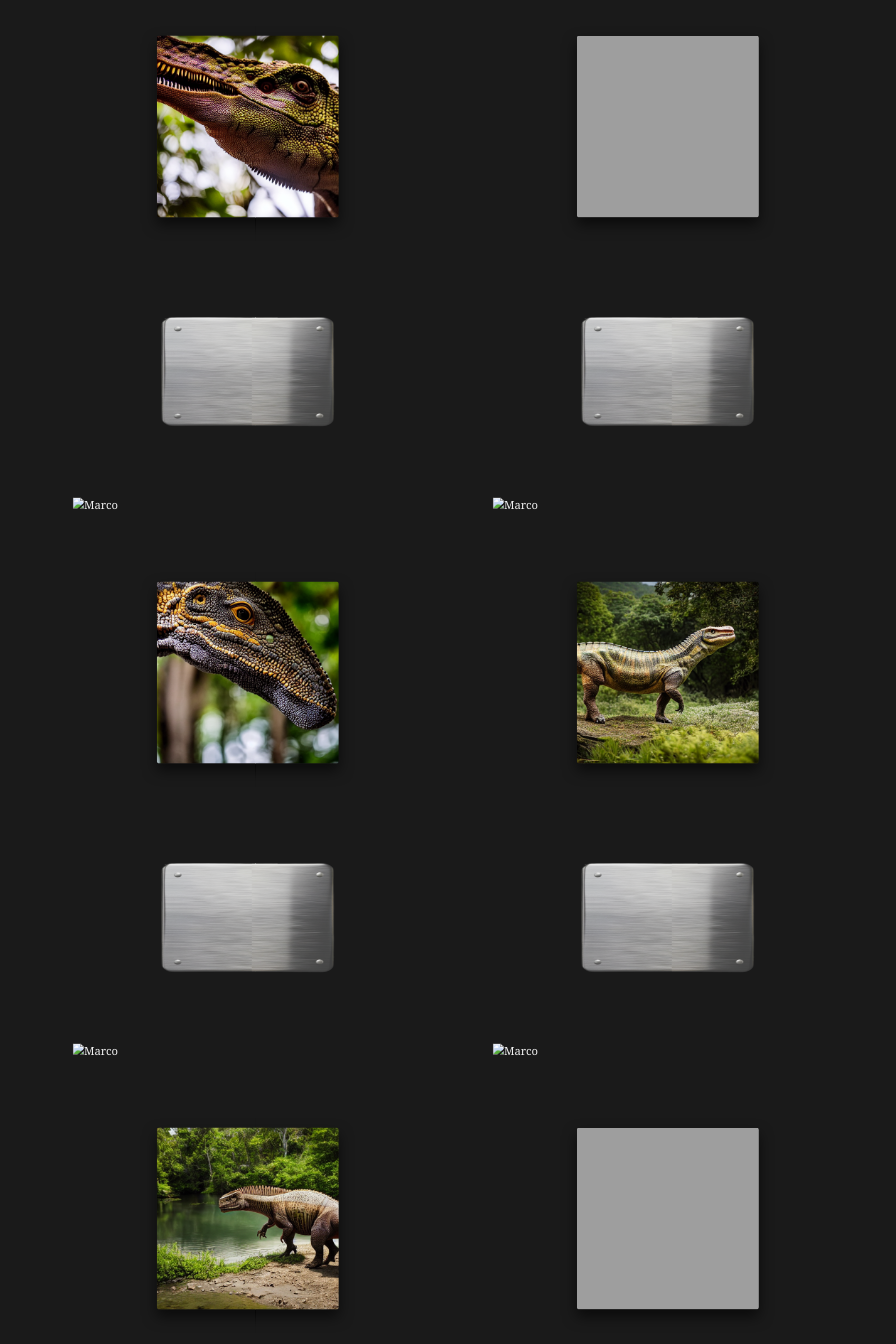
Repository: FormalIngenieroniel/YapperSaurusMuseum
Page: templates/index.html
The author's editor kept a record of every edit. The page is drawn from the files as they stood at one moment, then again after the next edit.
The browser window is 1280 px wide. The pictures show the part of the page from y = 1034 to 2954 px (the page is 4805 px tall), at 70% of full size.
Pictures or frames that could not be fetched are drawn as grey boxes.

Above is the page before.
Console error: TypeError: Cannot read properties of null (reading 'addEventListener')

After the next edit:
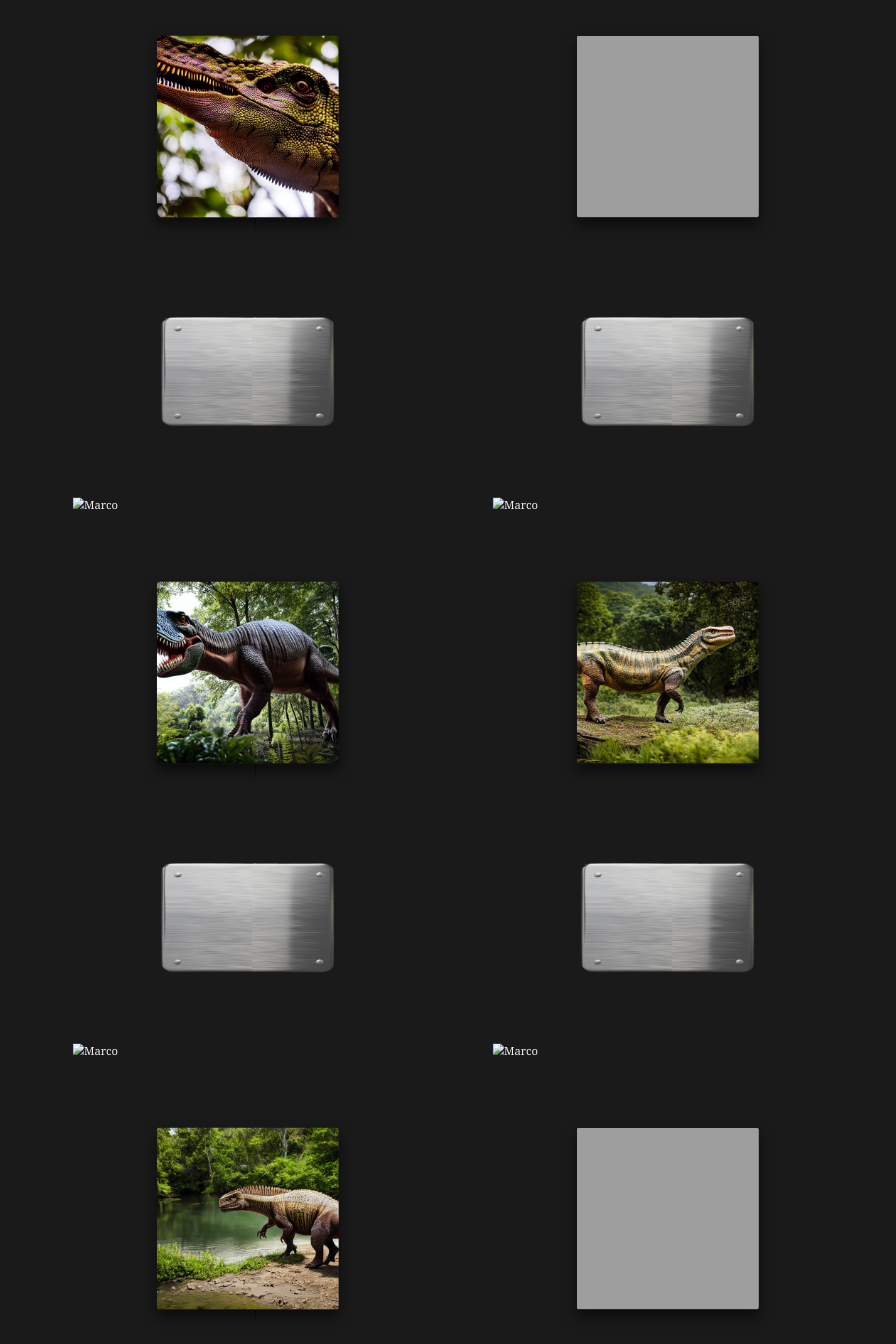
The edit:
--- a/templates/index.html
+++ b/templates/index.html
@@ -51,7 +51,7 @@
 
         <div class="dino-exhibit">
             <div class="dino-cuadro">
-                <img src="./static/Carpetanosaurio rex/Nonosaurus.png" alt="Ligantosaurus" class="dino-img">
+                <img src="./static/Carpetanosaurio rex/Ligantosaurus.png" alt="Ligantosaurus" class="dino-img">
                 <img src="" alt="Marco" class="dino-marco">
             </div>
             <div class="dino-placa">
